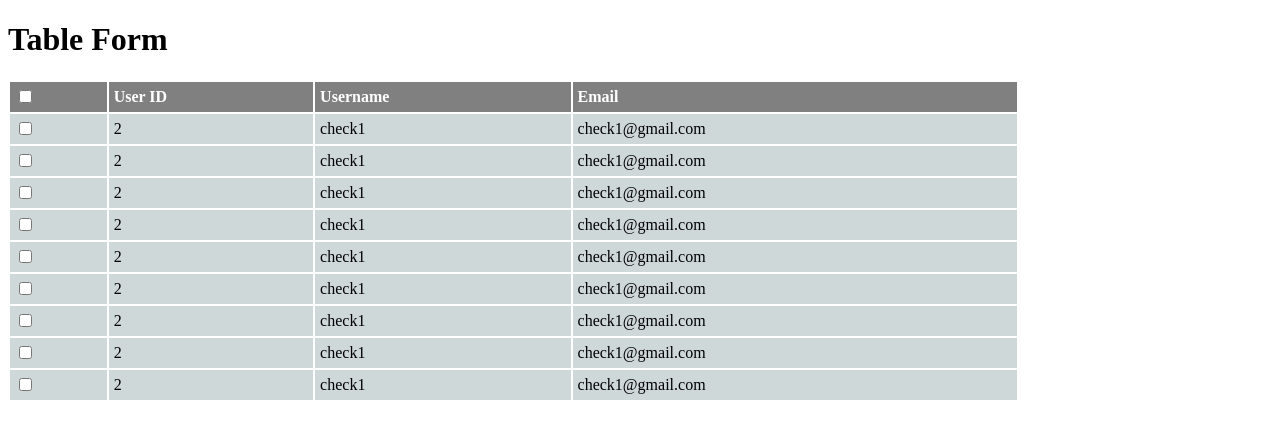
Repository: AHSANS354/tugas-sib5
Page: tugastable.html
An editor plug-in stored every save of this project. The page is shown before and after a run of saves, followed by the edit.
The browser window is 1280 px wide. The pictures show the whole page.

Above is the page before, as saved 2023-08-21 15:21:14.

After the next 2 saves:
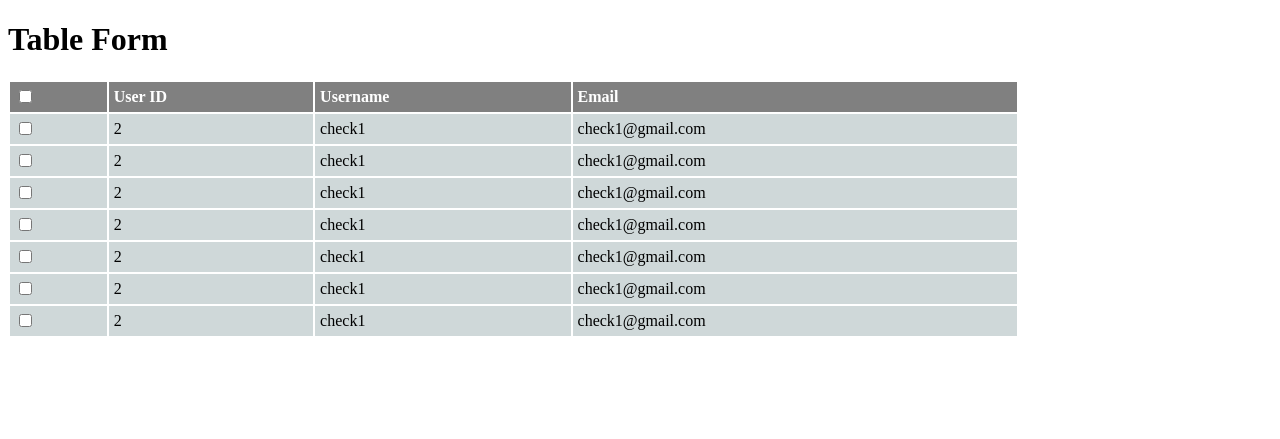
The 2 saves are shown as one change because they came seconds apart.
The last was saved 47 s later.
--- a/tugastable.html
+++ b/tugastable.html
@@ -56,18 +56,6 @@
         <td>check1</td>
         <td>check1@gmail.com</td>
       </tr>
-      <tr bgcolor="#CFD8D9">
-        <td><input type="checkbox" name="ceklist" value="cek1" /></td>
-        <td>2</td>
-        <td>check1</td>
-        <td>check1@gmail.com</td>
-      </tr>
-      <tr bgcolor="#CFD8D9">
-        <td><input type="checkbox" name="ceklist" value="cek1" /></td>
-        <td>2</td>
-        <td>check1</td>
-        <td>check1@gmail.com</td>
-      </tr>
     </table>
   </body>
 </html>
